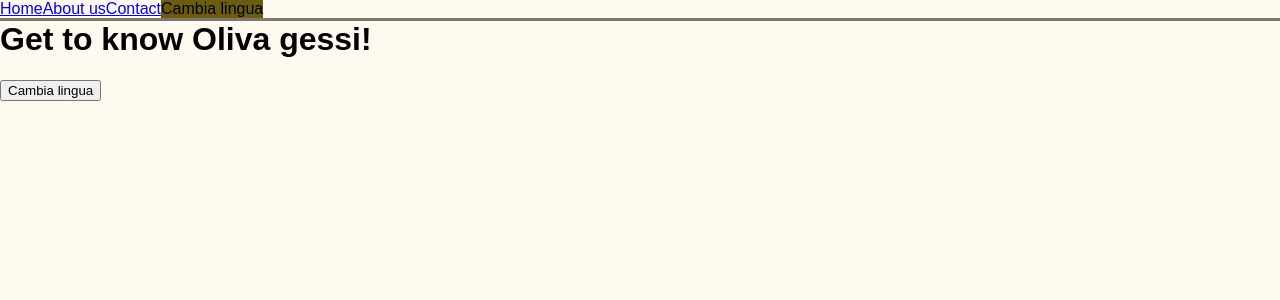
Repository: Seaside-Jokers/Oliva-gessi
Page: index.html
The author's editor kept a copy of each file at every save. The page is drawn from the files as they stood at one save, then again after the next save.
The browser window is 1280 px wide. The pictures show the whole page.

Above is the page before, as saved 2026-02-16 19:16:53.

### index.html
<!DOCTYPE html>
<html lang="it">
<head>
    <meta charset="UTF-8">
    <title>Oliva gessi</title>
    <link rel="stylesheet" href="src/style.css">
</head>
<body>
    <nav class="navbar">
        <a href="#" data-key="home">Home</a>
        <a href="#" data-key="about">Chi siamo</a>
        <a href="#" data-key="contact">Contatti</a>
        <a onclick="changeState()" data-key="change-language" class="change-language">
            Cambia lingua</a>
    </nav>

    <h1 data-key="titolo">Vieni a conoscere Oliva Gessi!</h1>
    <button onclick="changeState()" type="button">Cambia lingua</button>

    <!-- - - - - - - - - - - - - - - - - - - - - - - - - - - - - - - - - - - - -->
    <!--                              DO NOT TOUCH                             -->
    <!-- - - - - - - - - - - - - - - - - - - - - - - - - - - - - - - - - - - - -->
    <script src="src/database_testo.js"></script>
    <script src="src/color_scheme.js"></script>
</body>

<!-- TODO: leggi questo commento e poi eliminalo per favore: quando vuoi aggiungere un nuovo testo modificalo in src/database_testo.js -->
</html>

### src/style.css
body {
    font-family: 'Montserrat', sans-serif;
    margin: 0;
    padding: 0;
    background-color: var(--colors-background);
}
.navbar {
    display: flex;
    overflow: hidden;
    background-color: var(--colors-surface);
    outline: 3px solid var(--colors-outline);
    position: fixed;
    top: 0;
    width: 100%;
}

.change-language {
    background-color: var(--colors-primary);
    color: var(--colors-onPrimary);
    border: none;
    padding: 0px, 20px;
    cursor: pointer;
    font-size: 16px;
    ma
}

/*
    Fonts: https://ctrl-z.it/9-font-architettura-tavole-portfolio https://material-f/
    Design:oundation.github.io/material-theme-builder/
    Fonts: Playfair Display (titoli), Montserrat (testo normale)
*/

### src/database_testo.js
const traduzioni = {
    "it": {
        titolo: "Vieni a conoscere Oliva gessi!",
        home: "Home",
        about: "Chi siamo",
        contact: "Contatti"
    },
    "en": {
        titolo: "Get to know Oliva gessi!",
        home: "Home",
        about: "About us",
        contact: "Contact"
    }
}



/* -------------------------------------------------------------------------- */
/*                                DO NOT TOUCH                                */
/* -------------------------------------------------------------------------- */
var state =  getDefaultLang();

function aggiornaInterfaccia() {
    const elementi = document.querySelectorAll('[data-key]');

    elementi.forEach(el => {
        const chiave = el.getAttribute('data-key');
        const testoTradotto = traduzioni[state][chiave];

        if (testoTradotto) {
            el.textContent = testoTradotto;
        }
    });
}

/* -------------------------------------------------------------------------- */
/*                            Cambiamenti di stato                            */
/* -------------------------------------------------------------------------- */
function getDefaultLang() {
    if(navigator.language.substring(0, 2) === "en")
        return "en";

    return "it";
}
function defaultState() {
    state = getDefaultLang();
    aggiornaInterfaccia();
    return true;
}
function changeStateTo(_state) {
    if(_state !== "it" && _state !== "en") {
        defaultState();
        return;
    }
    state = _state;
    aggiornaInterfaccia();
}
function changeState() {
    if(state === "it")
        changeStateTo("en");
    else
        changeStateTo("it");
}

document.addEventListener("DOMContentLoaded", aggiornaInterfaccia);

### src/color_scheme.js
const ThemeManager = (() => {
    const colorScheme = {
        "light": {
            "primary": "hsl(50, 76%, 24%)",
            "surfaceTint": "hsl(50, 76%, 24%)",
            "onPrimary": "hsl(0, 0%, 100%)",
            "primaryContainer": "hsl(48, 89%, 75%)",
            "onPrimaryContainer": "hsl(51, 100%, 16%)",
            "secondary": "hsl(47, 23%, 33%)",
            "onSecondary": "hsl(0, 0%, 100%)",
            "secondaryContainer": "hsl(46, 60%, 84%)",
            "onSecondaryContainer": "hsl(48, 30%, 24%)",
            "tertiary": "hsl(139, 21%, 33%)",
            "onTertiary": "hsl(0, 0%, 100%)",
            "tertiaryContainer": "hsl(134, 51%, 85%)",
            "onTertiaryContainer": "hsl(141, 28%, 24%)",
            "error": "hsl(0, 75%, 42%)",
            "onError": "hsl(0, 0%, 100%)",
            "errorContainer": "hsl(6, 100%, 92%)",
            "onErrorContainer": "hsl(356, 100%, 29%)",
            "background": "hsl(39, 100%, 97%)",
            "onBackground": "hsl(44, 22%, 10%)",
            "surface": "hsl(39, 100%, 97%)",
            "onSurface": "hsl(44, 22%, 10%)",
            "surfaceVariant": "hsl(42, 38%, 87%)",
            "onSurfaceVariant": "hsl(47, 14%, 26%)",
            "outline": "hsl(46, 9%, 45%)",
            "outlineVariant": "hsl(43, 20%, 75%)",
            "shadow": "hsl(0, 0%, 0%)",
            "scrim": "hsl(0, 0%, 0%)",
            "inverseSurface": "hsl(45, 13%, 18%)",
            "inverseOnSurface": "hsl(40, 57%, 93%)",
            "inversePrimary": "hsl(48, 60%, 65%)",
            "primaryFixed": "hsl(48, 89%, 75%)",
            "onPrimaryFixed": "hsl(48, 100%, 7%)",
            "primaryFixedDim": "hsl(48, 60%, 65%)",
            "onPrimaryFixedVariant": "hsl(51, 100%, 16%)",
            "secondaryFixed": "hsl(46, 60%, 84%)",
            "onSecondaryFixed": "hsl(48, 78%, 7%)",
            "secondaryFixedDim": "hsl(46, 34%, 73%)",
            "onSecondaryFixedVariant": "hsl(48, 30%, 24%)",
            "tertiaryFixed": "hsl(134, 51%, 85%)",
            "onTertiaryFixed": "hsl(147, 100%, 6%)",
            "tertiaryFixedDim": "hsl(135, 29%, 74%)",
            "onTertiaryFixedVariant": "hsl(141, 28%, 24%)",
            "surfaceDim": "hsl(39, 24%, 84%)",
            "surfaceBright": "hsl(39, 100%, 97%)",
            "surfaceContainerLowest": "hsl(0, 0%, 100%)",
            "surfaceContainerLow": "hsl(40, 68%, 94%)",
            "surfaceContainer": "hsl(40, 49%, 92%)",
            "surfaceContainerHigh": "hsl(42, 37%, 89%)",
            "surfaceContainerHighest": "hsl(42, 30%, 87%)"
        },
        "light-medium-contrast": {
            "primary": "hsl(51, 100%, 13%)",
            "surfaceTint": "hsl(50, 76%, 24%)",
            "onPrimary": "hsl(0, 0%, 100%)",
            "primaryContainer": "hsl(49, 61%, 30%)",
            "onPrimaryContainer": "hsl(0, 0%, 100%)",
            "secondary": "hsl(49, 38%, 17%)",
            "onSecondary": "hsl(0, 0%, 100%)",
            "secondaryContainer": "hsl(48, 20%, 38%)",
            "onSecondaryContainer": "hsl(0, 0%, 100%)",
            "tertiary": "hsl(143, 39%, 17%)",
            "onTertiary": "hsl(0, 0%, 100%)",
            "tertiaryContainer": "hsl(139, 18%, 39%)",
            "onTertiaryContainer": "hsl(0, 0%, 100%)",
            "error": "hsl(357, 100%, 23%)",
            "onError": "hsl(0, 0%, 100%)",
            "errorContainer": "hsl(2, 68%, 48%)",
            "onErrorContainer": "hsl(0, 0%, 100%)",
            "background": "hsl(39, 100%, 97%)",
            "onBackground": "hsl(44, 22%, 10%)",
            "surface": "hsl(39, 100%, 97%)",
            "onSurface": "hsl(48, 36%, 5%)",
            "surfaceVariant": "hsl(42, 38%, 87%)",
            "onSurfaceVariant": "hsl(46, 17%, 19%)",
            "outline": "hsl(44, 12%, 30%)",
            "outlineVariant": "hsl(45, 10%, 41%)",
            "shadow": "hsl(0, 0%, 0%)",
            "scrim": "hsl(0, 0%, 0%)",
            "inverseSurface": "hsl(45, 13%, 18%)",
            "inverseOnSurface": "hsl(40, 57%, 93%)",
            "inversePrimary": "hsl(48, 60%, 65%)",
            "primaryFixed": "hsl(49, 61%, 30%)",
            "onPrimaryFixed": "hsl(0, 0%, 100%)",
            "primaryFixedDim": "hsl(51, 94%, 20%)",
            "onPrimaryFixedVariant": "hsl(0, 0%, 100%)",
            "secondaryFixed": "hsl(48, 20%, 38%)",
            "onSecondaryFixed": "hsl(0, 0%, 100%)",
            "secondaryFixedDim": "hsl(49, 25%, 29%)",
            "onSecondaryFixedVariant": "hsl(0, 0%, 100%)",
            "tertiaryFixed": "hsl(139, 18%, 39%)",
            "onTertiaryFixed": "hsl(0, 0%, 100%)",
            "tertiaryFixedDim": "hsl(139, 23%, 29%)",
            "onTertiaryFixedVariant": "hsl(0, 0%, 100%)",
            "surfaceDim": "hsl(41, 16%, 76%)",
            "surfaceBright": "hsl(39, 100%, 97%)",
            "surfaceContainerLowest": "hsl(0, 0%, 100%)",
            "surfaceContainerLow": "hsl(40, 68%, 94%)",
            "surfaceContainer": "hsl(42, 37%, 89%)",
            "surfaceContainerHigh": "hsl(39, 26%, 85%)",
            "surfaceContainerHighest": "hsl(41, 19%, 81%)"
        },
        "light-high-contrast": {
            "primary": "hsl(50, 100%, 10%)",
            "surfaceTint": "hsl(50, 76%, 24%)",
            "onPrimary": "hsl(0, 0%, 100%)",
            "primaryContainer": "hsl(50, 100%, 17%)",
            "onPrimaryContainer": "hsl(0, 0%, 100%)",
            "secondary": "hsl(49, 47%, 13%)",
            "onSecondary": "hsl(0, 0%, 100%)",
            "secondaryContainer": "hsl(48, 28%, 25%)",
            "onSecondaryContainer": "hsl(0, 0%, 100%)",
            "tertiary": "hsl(146, 52%, 13%)",
            "onTertiary": "hsl(0, 0%, 100%)",
            "tertiaryContainer": "hsl(141, 27%, 25%)",
            "onTertiaryContainer": "hsl(0, 0%, 100%)",
            "error": "hsl(357, 100%, 19%)",
            "onError": "hsl(0, 0%, 100%)",
            "errorContainer": "hsl(356, 100%, 30%)",
            "onErrorContainer": "hsl(0, 0%, 100%)",
            "background": "hsl(39, 100%, 97%)",
            "onBackground": "hsl(44, 22%, 10%)",
            "surface": "hsl(39, 100%, 97%)",
            "onSurface": "hsl(0, 0%, 0%)",
            "surfaceVariant": "hsl(42, 38%, 87%)",
            "onSurfaceVariant": "hsl(0, 0%, 0%)",
            "outline": "hsl(48, 19%, 15%)",
            "outlineVariant": "hsl(47, 13%, 27%)",
            "shadow": "hsl(0, 0%, 0%)",
            "scrim": "hsl(0, 0%, 0%)",
            "inverseSurface": "hsl(45, 13%, 18%)",
            "inverseOnSurface": "hsl(0, 0%, 100%)",
            "inversePrimary": "hsl(48, 60%, 65%)",
            "primaryFixed": "hsl(50, 100%, 17%)",
            "onPrimaryFixed": "hsl(0, 0%, 100%)",
            "primaryFixedDim": "hsl(50, 100%, 12%)",
            "onPrimaryFixedVariant": "hsl(0, 0%, 100%)",
            "secondaryFixed": "hsl(48, 28%, 25%)",
            "onSecondaryFixed": "hsl(0, 0%, 100%)",
            "secondaryFixedDim": "hsl(49, 41%, 16%)",
            "onSecondaryFixedVariant": "hsl(0, 0%, 100%)",
            "tertiaryFixed": "hsl(141, 27%, 25%)",
            "onTertiaryFixed": "hsl(0, 0%, 100%)",
            "tertiaryFixedDim": "hsl(145, 43%, 16%)",
            "onTertiaryFixedVariant": "hsl(0, 0%, 100%)",
            "surfaceDim": "hsl(41, 13%, 71%)",
            "surfaceBright": "hsl(39, 100%, 97%)",
            "surfaceContainerLowest": "hsl(0, 0%, 100%)",
            "surfaceContainerLow": "hsl(40, 57%, 93%)",
            "surfaceContainer": "hsl(42, 30%, 87%)",
            "surfaceContainerHigh": "hsl(42, 21%, 82%)",
            "surfaceContainerHighest": "hsl(41, 16%, 76%)"
        },
        "dark": {
            "primary": "hsl(48, 60%, 65%)",
            "surfaceTint": "hsl(48, 60%, 65%)",
            "onPrimary": "hsl(50, 100%, 11%)",
            "primaryContainer": "hsl(51, 100%, 16%)",
            "onPrimaryContainer": "hsl(48, 89%, 75%)",
            "secondary": "hsl(46, 34%, 73%)",
            "onSecondary": "hsl(49, 42%, 15%)",
            "secondaryContainer": "hsl(48, 30%, 24%)",
            "onSecondaryContainer": "hsl(46, 60%, 84%)",
            "tertiary": "hsl(135, 29%, 74%)",
            "onTertiary": "hsl(146, 47%, 15%)",
            "tertiaryContainer": "hsl(141, 28%, 24%)",
            "onTertiaryContainer": "hsl(134, 51%, 85%)",
            "error": "hsl(6, 100%, 84%)",
            "onError": "hsl(357, 100%, 21%)",
            "errorContainer": "hsl(356, 100%, 29%)",
            "onErrorContainer": "hsl(6, 100%, 92%)",
            "background": "hsl(48, 31%, 6%)",
            "onBackground": "hsl(42, 30%, 87%)",
            "surface": "hsl(48, 31%, 6%)",
            "onSurface": "hsl(42, 30%, 87%)",
            "surfaceVariant": "hsl(47, 14%, 26%)",
            "onSurfaceVariant": "hsl(43, 20%, 75%)",
            "outline": "hsl(44, 9%, 55%)",
            "outlineVariant": "hsl(47, 14%, 26%)",
            "shadow": "hsl(0, 0%, 0%)",
            "scrim": "hsl(0, 0%, 0%)",
            "inverseSurface": "hsl(42, 30%, 87%)",
            "inverseOnSurface": "hsl(45, 13%, 18%)",
            "inversePrimary": "hsl(50, 76%, 24%)",
            "primaryFixed": "hsl(48, 89%, 75%)",
            "onPrimaryFixed": "hsl(48, 100%, 7%)",
            "primaryFixedDim": "hsl(48, 60%, 65%)",
            "onPrimaryFixedVariant": "hsl(51, 100%, 16%)",
            "secondaryFixed": "hsl(46, 60%, 84%)",
            "onSecondaryFixed": "hsl(48, 78%, 7%)",
            "secondaryFixedDim": "hsl(46, 34%, 73%)",
            "onSecondaryFixedVariant": "hsl(48, 30%, 24%)",
            "tertiaryFixed": "hsl(134, 51%, 85%)",
            "onTertiaryFixed": "hsl(147, 100%, 6%)",
            "tertiaryFixedDim": "hsl(135, 29%, 74%)",
            "onTertiaryFixedVariant": "hsl(141, 28%, 24%)",
            "surfaceDim": "hsl(48, 31%, 6%)",
            "surfaceBright": "hsl(45, 11%, 21%)",
            "surfaceContainerLowest": "hsl(47, 39%, 5%)",
            "surfaceContainerLow": "hsl(44, 22%, 10%)",
            "surfaceContainer": "hsl(49, 19%, 11%)",
            "surfaceContainerHigh": "hsl(45, 15%, 15%)",
            "surfaceContainerHighest": "hsl(46, 13%, 19%)"
        },
        "dark-medium-contrast": {
            "primary": "hsl(48, 81%, 73%)",
            "surfaceTint": "hsl(48, 60%, 65%)",
            "onPrimary": "hsl(49, 100%, 9%)",
            "primaryContainer": "hsl(49, 44%, 44%)",
            "onPrimaryContainer": "hsl(0, 0%, 0%)",
            "secondary": "hsl(46, 52%, 81%)",
            "onSecondary": "hsl(48, 56%, 11%)",
            "secondaryContainer": "hsl(47, 18%, 52%)",
            "onSecondaryContainer": "hsl(0, 0%, 0%)",
            "tertiary": "hsl(134, 44%, 83%)",
            "onTertiary": "hsl(147, 69%, 10%)",
            "tertiaryContainer": "hsl(137, 15%, 53%)",
            "onTertiaryContainer": "hsl(0, 0%, 0%)",
            "error": "hsl(7, 100%, 90%)",
            "onError": "hsl(358, 100%, 16%)",
            "errorContainer": "hsl(4, 100%, 64%)",
            "onErrorContainer": "hsl(0, 0%, 0%)",
            "background": "hsl(48, 31%, 6%)",
            "onBackground": "hsl(42, 30%, 87%)",
            "surface": "hsl(48, 31%, 6%)",
            "onSurface": "hsl(0, 0%, 100%)",
            "surfaceVariant": "hsl(47, 14%, 26%)",
            "onSurfaceVariant": "hsl(43, 31%, 84%)",
            "outline": "hsl(42, 14%, 67%)",
            "outlineVariant": "hsl(44, 9%, 55%)",
            "shadow": "hsl(0, 0%, 0%)",
            "scrim": "hsl(0, 0%, 0%)",
            "inverseSurface": "hsl(42, 30%, 87%)",
            "inverseOnSurface": "hsl(45, 15%, 15%)",
            "inversePrimary": "hsl(50, 100%, 17%)",
            "primaryFixed": "hsl(48, 89%, 75%)",
            "onPrimaryFixed": "hsl(46, 100%, 4%)",
            "primaryFixedDim": "hsl(48, 60%, 65%)",
            "onPrimaryFixedVariant": "hsl(51, 100%, 13%)",
            "secondaryFixed": "hsl(46, 60%, 84%)",
            "onSecondaryFixed": "hsl(46, 100%, 4%)",
            "secondaryFixedDim": "hsl(46, 34%, 73%)",
            "onSecondaryFixedVariant": "hsl(49, 38%, 17%)",
            "tertiaryFixed": "hsl(134, 51%, 85%)",
            "onTertiaryFixed": "hsl(143, 100%, 4%)",
            "tertiaryFixedDim": "hsl(135, 29%, 74%)",
            "onTertiaryFixedVariant": "hsl(143, 39%, 17%)",
            "surfaceDim": "hsl(48, 31%, 6%)",
            "surfaceBright": "hsl(43, 11%, 25%)",
            "surfaceContainerLowest": "hsl(40, 50%, 2%)",
            "surfaceContainerLow": "hsl(44, 21%, 10%)",
            "surfaceContainer": "hsl(49, 15%, 14%)",
            "surfaceContainerHigh": "hsl(45, 13%, 18%)",
            "surfaceContainerHighest": "hsl(42, 11%, 23%)"
        },
        "dark-high-contrast": {
            "primary": "hsl(47, 100%, 86%)",
            "surfaceTint": "hsl(48, 60%, 65%)",
            "onPrimary": "hsl(0, 0%, 0%)",
            "primaryContainer": "hsl(48, 57%, 63%)",
            "onPrimaryContainer": "hsl(44, 100%, 3%)",
            "secondary": "hsl(46, 89%, 89%)",
            "onSecondary": "hsl(0, 0%, 0%)",
            "secondaryContainer": "hsl(46, 32%, 71%)",
            "onSecondaryContainer": "hsl(44, 100%, 3%)",
            "tertiary": "hsl(134, 80%, 90%)",
            "onTertiary": "hsl(0, 0%, 0%)",
            "tertiaryContainer": "hsl(135, 28%, 72%)",
            "onTertiaryContainer": "hsl(140, 100%, 3%)",
            "error": "hsl(8, 100%, 96%)",
            "onError": "hsl(0, 0%, 0%)",
            "errorContainer": "hsl(7, 100%, 82%)",
            "onErrorContainer": "hsl(358, 100%, 7%)",
            "background": "hsl(48, 31%, 6%)",
            "onBackground": "hsl(42, 30%, 87%)",
            "surface": "hsl(48, 31%, 6%)",
            "onSurface": "hsl(0, 0%, 100%)",
            "surfaceVariant": "hsl(47, 14%, 26%)",
            "onSurfaceVariant": "hsl(0, 0%, 100%)",
            "outline": "hsl(42, 62%, 92%)",
            "outlineVariant": "hsl(42, 18%, 74%)",
            "shadow": "hsl(0, 0%, 0%)",
            "scrim": "hsl(0, 0%, 0%)",
            "inverseSurface": "hsl(42, 30%, 87%)",
            "inverseOnSurface": "hsl(0, 0%, 0%)",
            "inversePrimary": "hsl(50, 100%, 17%)",
            "primaryFixed": "hsl(48, 89%, 75%)",
            "onPrimaryFixed": "hsl(0, 0%, 0%)",
            "primaryFixedDim": "hsl(48, 60%, 65%)",
            "onPrimaryFixedVariant": "hsl(46, 100%, 4%)",
            "secondaryFixed": "hsl(46, 60%, 84%)",
            "onSecondaryFixed": "hsl(0, 0%, 0%)",
            "secondaryFixedDim": "hsl(46, 34%, 73%)",
            "onSecondaryFixedVariant": "hsl(46, 100%, 4%)",
            "tertiaryFixed": "hsl(134, 51%, 85%)",
            "onTertiaryFixed": "hsl(0, 0%, 0%)",
            "tertiaryFixedDim": "hsl(135, 29%, 74%)",
            "onTertiaryFixedVariant": "hsl(143, 100%, 4%)",
            "surfaceDim": "hsl(48, 31%, 6%)",
            "surfaceBright": "hsl(46, 8%, 30%)",
            "surfaceContainerLowest": "hsl(0, 0%, 0%)",
            "surfaceContainerLow": "hsl(49, 19%, 11%)",
            "surfaceContainer": "hsl(45, 13%, 18%)",
            "surfaceContainerHigh": "hsl(45, 11%, 22%)",
            "surfaceContainerHighest": "hsl(46, 10%, 26%)"
        }
    };

    let currentColorScheme = null;
    const STORAGE_KEY = 'user-color-scheme';
    const listeners = [];

    /**
     * Estrae il livello di contrasto dallo schema corrente
     * @param {string} scheme - Nome dello schema (es. 'dark-high-contrast')
     * @returns {string} Il livello di contrasto ('', 'medium-contrast', 'high-contrast')
     */
    function getContrastLevel(scheme) {
        if (scheme.includes('high-contrast')) return 'high-contrast';
        if (scheme.includes('medium-contrast')) return 'medium-contrast';
        return '';
    }

    /**
     * Ottiene lo schema colore preferito dal sistema operativo
     * @returns {string} 'dark' o 'light'
     */
    function getBrowserColorScheme() {
        if (window.matchMedia?.('(prefers-color-scheme: dark)').matches) {
            return 'dark';
        }
        return 'light';
    }

    /**
     * Aggiorna le variabili CSS con i colori dello schema corrente
     */
    function updateThemeColors() {
        const colors = colorScheme[currentColorScheme];
        if (!colors) {
            console.error(`Impossibile trovare i colori per lo schema: ${currentColorScheme}`);
            return;
        }

        const root = document.documentElement;

        // Applica ogni colore come variabile CSS
        for (const [key, value] of Object.entries(colors)) {
            const cssVarName = key.replace(/([A-Z])/g, '-$1').toLowerCase();
            root.style.setProperty(`--colors-${cssVarName}`, value);
        }

        // Notifica i listener del cambio tema
        notifyListeners(currentColorScheme);
    }

    /**
     * Cambia lo schema colore
     * @param {string} scheme - Nome dello schema da applicare
     * @returns {boolean} True se il cambio è avvenuto con successo
     */
    function changeColorScheme(scheme) {
        if (!colorScheme[scheme]) {
            console.error(`Schema colore non valido: ${scheme}`);
            return false;
        }

        currentColorScheme = scheme;
        updateThemeColors();

        // Salva la preferenza in localStorage
        try {
            localStorage.setItem(STORAGE_KEY, scheme);
        } catch (e) {
            console.warn('Impossibile salvare le preferenze tema:', e);
        }

        return true;
    }

    /**
     * Alterna tra modalità chiara e scura mantenendo il livello di contrasto
     */
    function toggleLightDark() {
        const isDark = currentColorScheme.startsWith('dark');
        const contrastLevel = getContrastLevel(currentColorScheme);

        const newScheme = isDark
            ? (contrastLevel ? `light-${contrastLevel}` : 'light')
            : (contrastLevel ? `dark-${contrastLevel}` : 'dark');

        changeColorScheme(newScheme);
    }

    /**
     * Imposta lo schema colore con livello di contrasto opzionale
     * @param {string} scheme - 'light' o 'dark'
     * @param {string} contrastLevel - '', 'medium-contrast' o 'high-contrast'
     */
    function setColorScheme(scheme, contrastLevel = '') {
        const fullScheme = contrastLevel ? `${scheme}-${contrastLevel}` : scheme;
        changeColorScheme(fullScheme);
    }

    /**
     * Registra un listener per i cambiamenti di tema
     * @param {Function} callback - Funzione chiamata quando il tema cambia
     * @returns {Function} Funzione per rimuovere il listener
     */
    function addThemeChangeListener(callback) {
        if (typeof callback !== 'function') {
            console.error('Il listener deve essere una funzione');
            return () => {};
        }

        listeners.push(callback);

        // Restituisce funzione per rimuovere il listener
        return () => {
            const index = listeners.indexOf(callback);
            if (index > -1) {
                listeners.splice(index, 1);
            }
        };
    }

    /**
     * Notifica tutti i listener del cambio tema
     * @param {string} newScheme - Il nuovo schema applicato
     */
    function notifyListeners(newScheme) {
        listeners.forEach(callback => {
            try {
                callback(newScheme);
            } catch (e) {
                console.error('Errore nel listener del tema:', e);
            }
        });
    }

    /**
     * Resetta le preferenze salvate e torna allo schema di sistema
     */
    function resetToSystemPreference() {
        try {
            localStorage.removeItem(STORAGE_KEY);
        } catch (e) {
            console.warn('Impossibile rimuovere le preferenze salvate:', e);
        }

        const systemScheme = getBrowserColorScheme();
        changeColorScheme(systemScheme);
    }

    /**
     * Ottiene tutti gli schemi disponibili
     * @returns {string[]} Array con i nomi di tutti gli schemi disponibili
     */
    function getAvailableSchemes() {
        return Object.keys(colorScheme);
    }

    /**
     * Verifica se lo schema corrente è scuro
     * @returns {boolean} True se il tema corrente è scuro
     */
    function isDarkMode() {
        return currentColorScheme?.startsWith('dark') ?? false;
    }

    /**
     * Inizializza il sistema di gestione temi
     */
    function init() {
        // 1. Cerca una preferenza salvata
        let savedScheme = null;
        try {
            savedScheme = localStorage.getItem(STORAGE_KEY);
        } catch (e) {
            console.warn('Impossibile leggere le preferenze tema:', e);
        }

        // 2. Usa quella salvata se valida, altrimenti usa quella del sistema
        const initialScheme = savedScheme && colorScheme[savedScheme]
            ? savedScheme
            : getBrowserColorScheme();

        changeColorScheme(initialScheme);

        // 3. Ascolta i cambiamenti di preferenza di sistema
        const mediaQuery = window.matchMedia?.('(prefers-color-scheme: dark)');
        if (mediaQuery) {
            mediaQuery.addEventListener('change', (e) => {
                // Aggiorna solo se non c'è una preferenza salvata dall'utente
                try {
                    const hasSavedPreference = localStorage.getItem(STORAGE_KEY);
                    if (!hasSavedPreference) {
                        const systemScheme = e.matches ? 'dark' : 'light';
                        const contrastLevel = getContrastLevel(currentColorScheme);
                        setColorScheme(systemScheme, contrastLevel);
                    }
                } catch (err) {
                    console.warn('Errore nella gestione del cambio tema di sistema:', err);
                }
            });
        }
    }

    // Espone l'API pubblica
    return {
        init,
        changeColorScheme,
        toggleLightDark,
        setColorScheme,
        getCurrentScheme: () => currentColorScheme,
        getAvailableSchemes,
        isDarkMode,
        addThemeChangeListener,
        resetToSystemPreference
    };
})();

// Inizializza automaticamente quando il DOM è pronto
if (document.readyState === 'loading') {
    document.addEventListener('DOMContentLoaded', ThemeManager.init);
} else {
    ThemeManager.init();
}

After the next save:
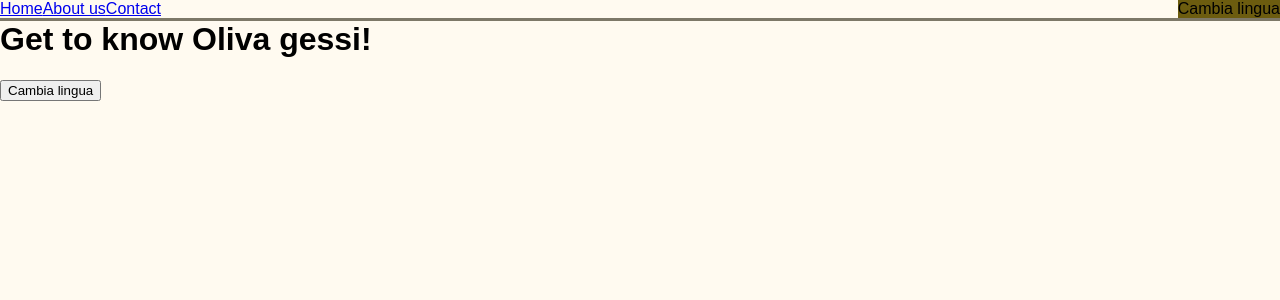
Saved 4 s later.
--- a/src/style.css
+++ b/src/style.css
@@ -21,7 +21,7 @@ body {
     padding: 0px, 20px;
     cursor: pointer;
     font-size: 16px;
-    ma
+    margin-left: auto;
 }
 
 /*
